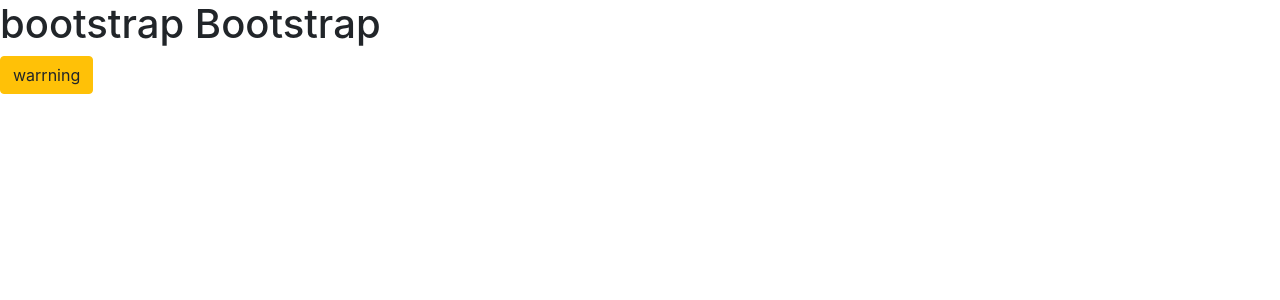
Repository: Mietlicha/exercise2
Page: index.html
An editor plug-in stored every save of this project. The page is shown before and after the next save, followed by the edit.
The browser window is 1280 px wide. The pictures show the whole page.

Above is the page before, as saved 2019-10-22 16:45:19.

### index.html
<!DOCTYPE html>
<html lang="en">
<head>
    <meta charset="UTF-8">
    <meta name="viewport" content="width=device-width, initial-scale=1.0">
    <meta http-equiv="X-UA-Compatible" content="ie=edge">
    <title>Document</title>
    <link rel="stylesheet" href="https://stackpath.bootstrapcdn.com/bootstrap/4.3.1/css/bootstrap.min.css" integrity="sha384-ggOyR0iXCbMQv3Xipma34MD+dH/1fQ784/j6cY/iJTQUOhcWr7x9JvoRxT2MZw1T" crossorigin="anonymous">

</head>
<body>
    <h1>bootstrap Bootstrap</h1>
    <button class="btn btn-warning">warrning</button>
</body>
</html>

After the next save:
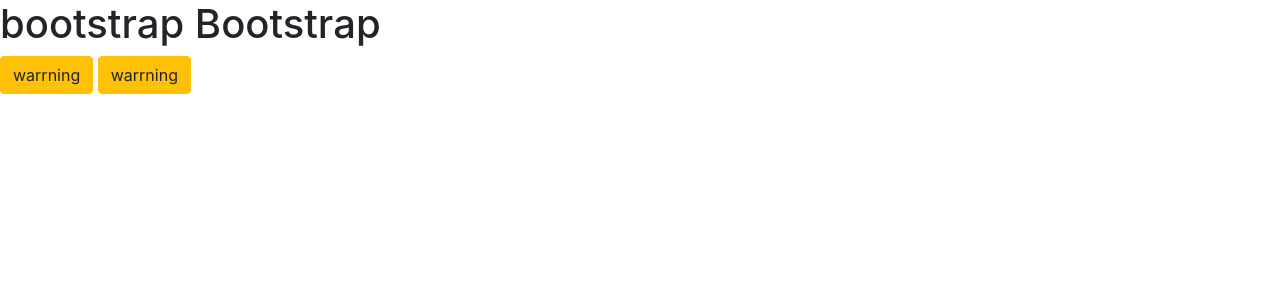
Saved 93 s later.
--- a/index.html
+++ b/index.html
@@ -11,5 +11,6 @@
 <body>
     <h1>bootstrap Bootstrap</h1>
     <button class="btn btn-warning">warrning</button>
+    <button class="btn btn-warning .btn-lg">warrning</button>
 </body>
 </html>
